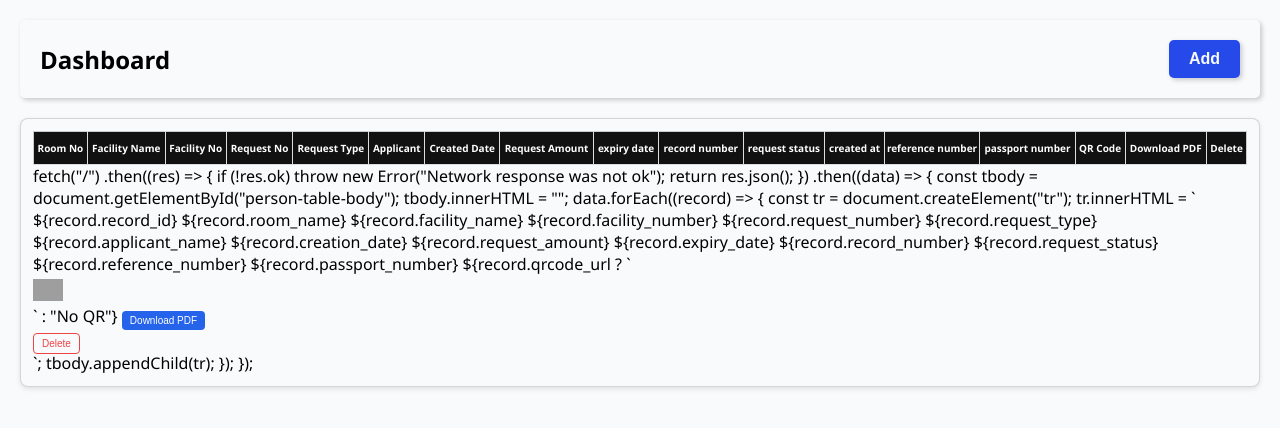
Repository: irfan-shah-sherani/Travel-Tour
Page: public/index.html
The author's editor kept a copy of each file at every save. The page is drawn from the files as they stood at one save, then again after the next save.
The browser window is 1280 px wide. The pictures show the whole page.
Pictures or frames that could not be fetched are drawn as grey boxes.

Above is the page before, as saved 2025-07-11 12:20:25.

After the next save:
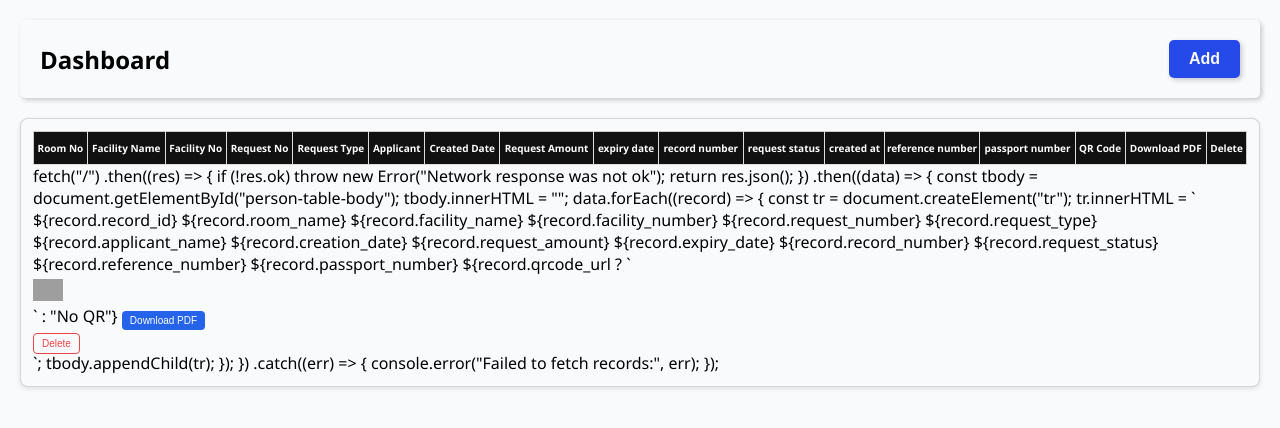
Saved 22 s later.
--- a/public/index.html
+++ b/public/index.html
@@ -97,8 +97,11 @@
         `;
 
                 tbody.appendChild(tr);
-              });
-            });
+                 });
+  })
+  .catch((err) => {
+    console.error("Failed to fetch records:", err);
+  });
         </script>
         </table>
       </div>
